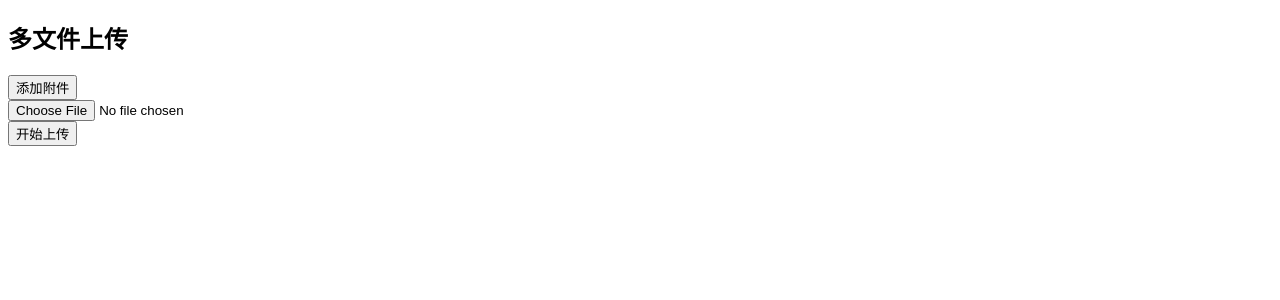
Repository: iamsongpeng/java-web-demo
Page: http://localhost/java-web-demo-upload-01/manyFileUpload.jsp
These files come from the project's save history. The page is drawn as it stood at one moment and after the next save; the edit follows.
The browser window is 1280 px wide. The pictures show the whole page.
The page is served by Tomcat 9. Other server files are loaded and not shown.

Above is the page before, as saved 2017-06-12 03:45:02.

### java-web-demo-upload-01/WebContent/manyFileUpload.jsp
<%@ page language="java" contentType="text/html; charset=UTF-8"
    pageEncoding="UTF-8"%>
<!DOCTYPE html PUBLIC "-//W3C//DTD HTML 4.01 Transitional//EN" "http://www.w3.org/TR/html4/loose.dtd">
<html>
<head>
<meta http-equiv="Content-Type" content="text/html; charset=UTF-8">
<title>Insert title here</title>
</head>
<body>
	<h2>多文件上传</h2>
	<form method="post" enctype="multipart/form-data" action="${pageContext.request.contextPath }/uploadFiles">
		<input type="button" value="添加附件" onclick="addItem()">
		<div id="uploadDiv">
			<input type="file" name="uploadfile">
		</div>
		<input type="submit" value="开始上传">
	</form>
</body>
</html>

After the next save:
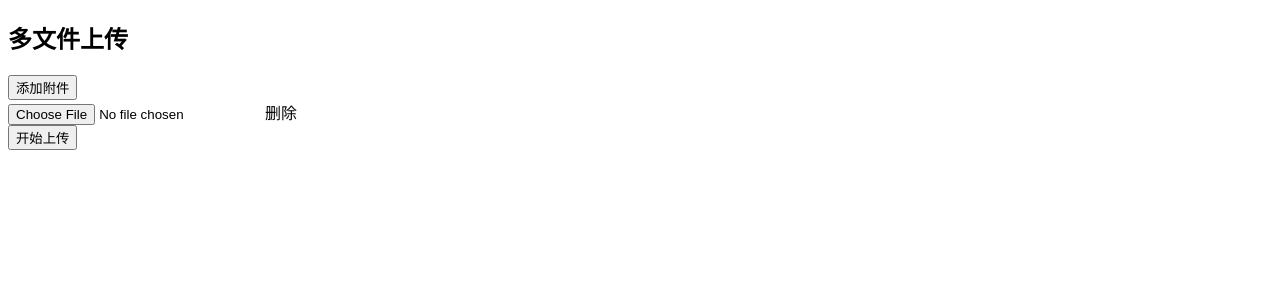
Saved 69 s later.
--- a/java-web-demo-upload-01/WebContent/manyFileUpload.jsp
+++ b/java-web-demo-upload-01/WebContent/manyFileUpload.jsp
@@ -12,6 +12,7 @@
 		<input type="button" value="添加附件" onclick="addItem()">
 		<div id="uploadDiv">
 			<input type="file" name="uploadfile">
+			<a>删除</a>
 		</div>
 		<input type="submit" value="开始上传">
 	</form>
